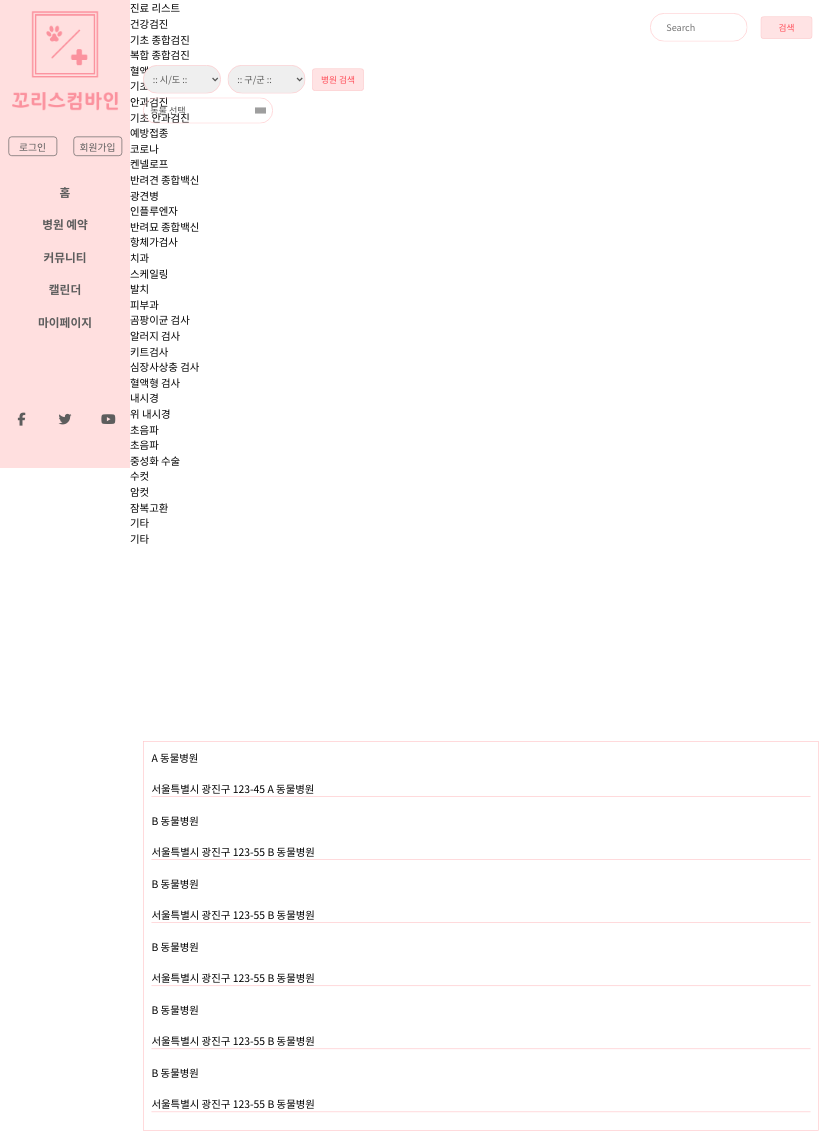
Repository: dodnam/kkoris
Page: http://localhost/1_kkoris/reservation1.jsp
The author's editor kept a copy of each file at every save. The page is drawn from the files as they stood at one save, then again after the next save.
The browser window is 1280 px wide. The pictures show the whole page, at 65% of full size.
Pictures or frames that could not be fetched are drawn as grey boxes. An inner scrolling area shows only its first screen. Some web libraries are served in a nearby version. The page is served by Tomcat 9.

Above is the page before, as saved 2020-02-18 01:30:53.

After the next save:
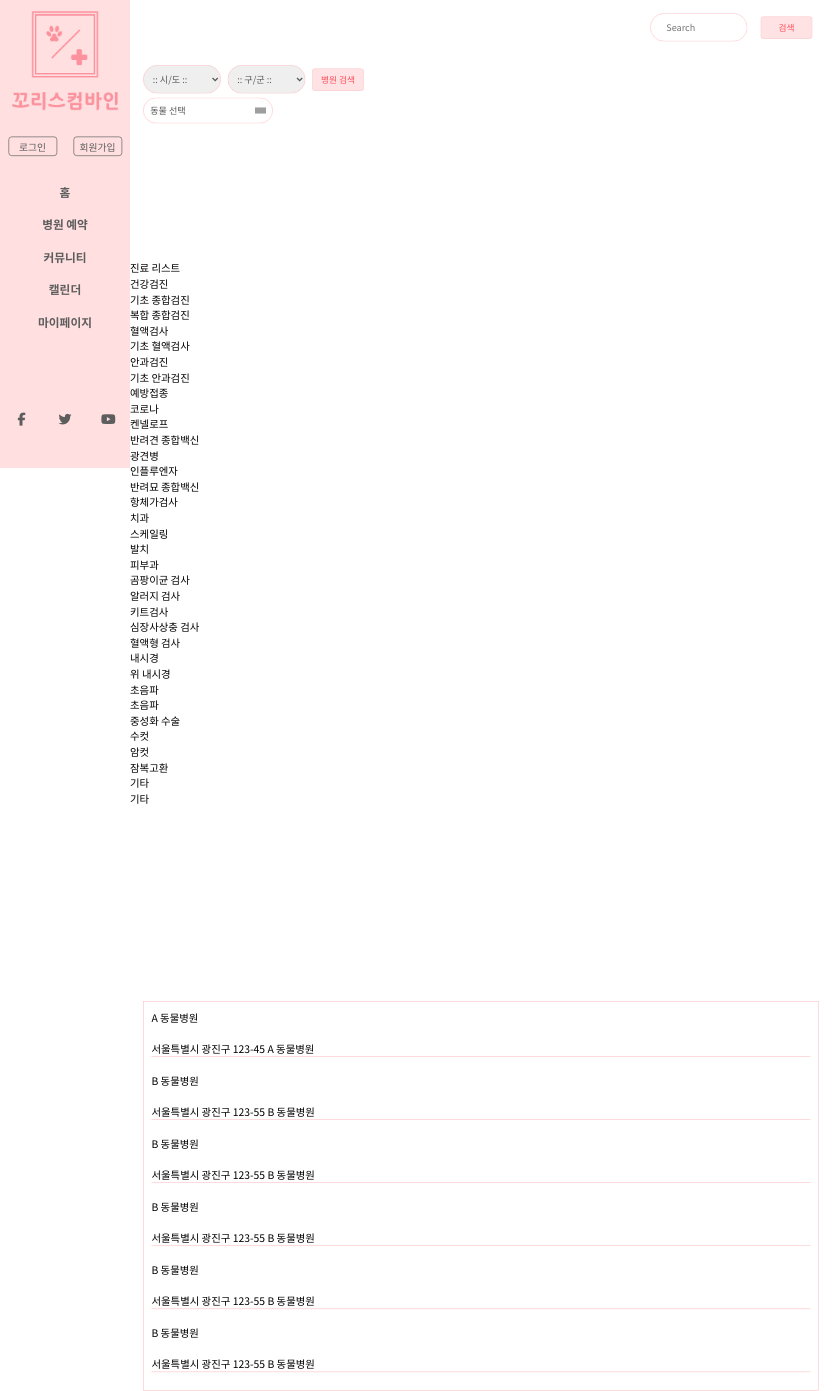
Saved 15 s later.
--- a/1_kkoris/WebContent/reservation1.jsp
+++ b/1_kkoris/WebContent/reservation1.jsp
@@ -100,7 +100,7 @@
 			</select>
 		</div>
 
-		<div>
+		<div id="map" style="width:500px;height:400px;">
 
 		</div>
 
